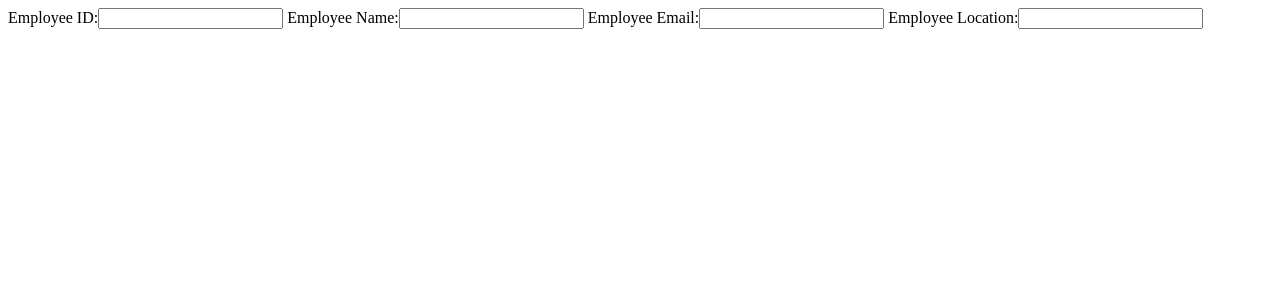
Repository: vibakar/spring-boot-topgear-assignments
Page: assignment4/src/main/resources/static/index.html
The author's editor kept a copy of each file at every save. The page is drawn from the files as they stood at one save, then again after the next save.
The browser window is 1280 px wide. The pictures show the whole page.

Above is the page before, as saved 2020-06-12 06:51:04.

### assignment4/src/main/resources/static/index.html
<html>
<head>
<title>Add Employee</title>
</head>
<body>
Employee ID:<input type="text" name="id"/>
Employee Name:<input type="text" name="name"/>
Employee Email:<input type="text" name="email"/>
Employee Location:<input type="text" name="location"/>

</body>
</html>

After the next save:
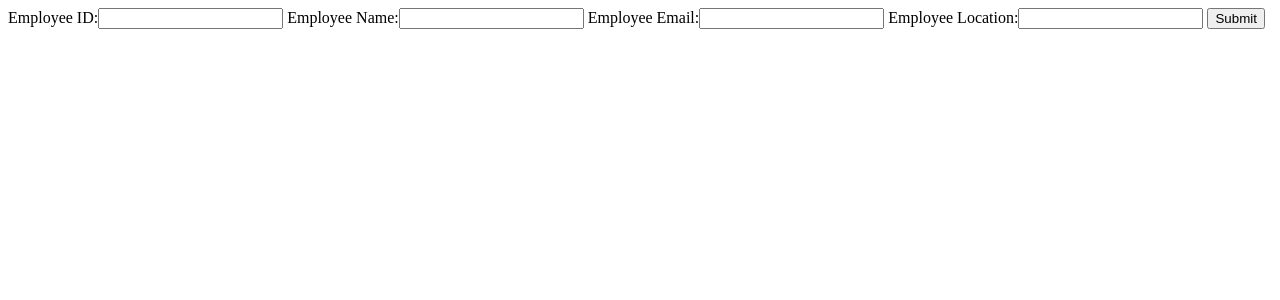
Saved 42 s later.
--- a/assignment4/src/main/resources/static/index.html
+++ b/assignment4/src/main/resources/static/index.html
@@ -3,10 +3,12 @@
 <title>Add Employee</title>
 </head>
 <body>
+<form method="post" action="/add">
 Employee ID:<input type="text" name="id"/>
 Employee Name:<input type="text" name="name"/>
 Employee Email:<input type="text" name="email"/>
 Employee Location:<input type="text" name="location"/>
-
+<button type="submit">Submit</button>
+</form>
 </body>
 </html>
